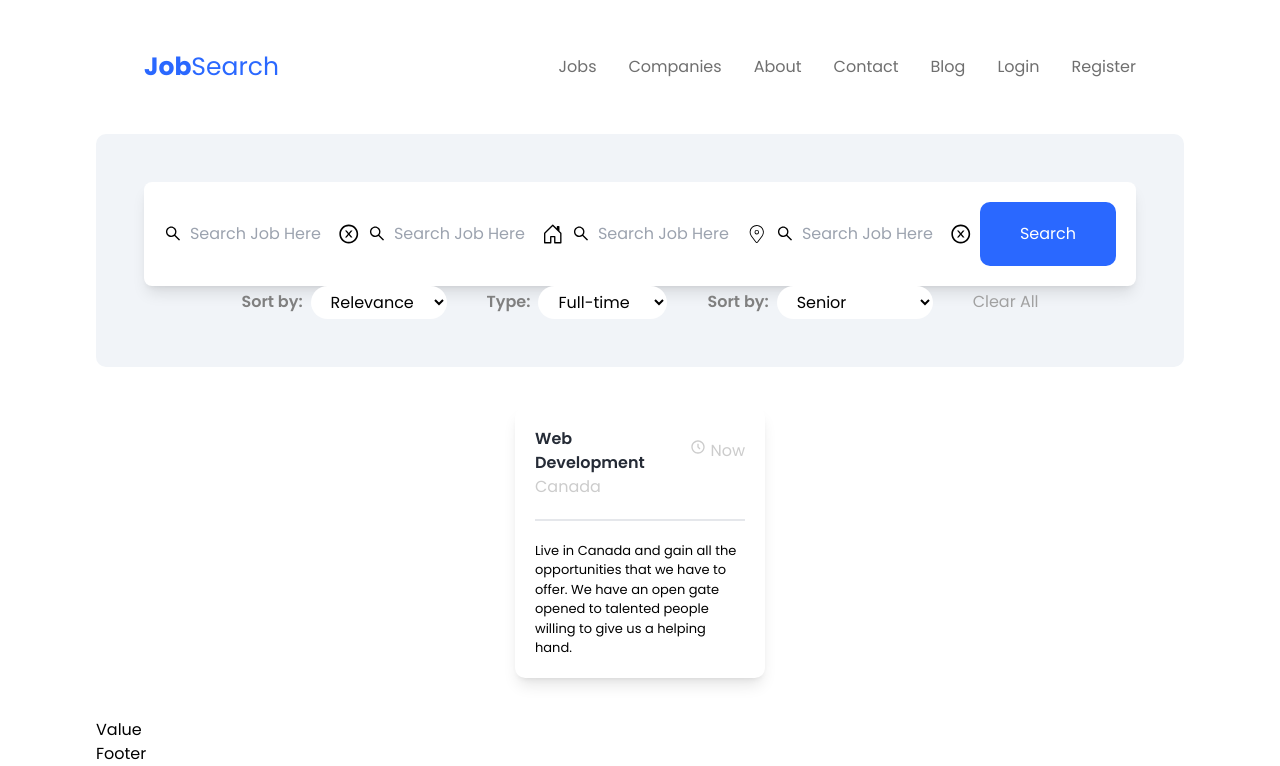
Repository: countaustin1990/Job-Search-website
Page: / (app in vite-project/)
An editor plug-in stored every save of this project. The page is shown before and after the next save, followed by the edit.
The browser window is 1280 px wide. The pictures show the whole page.
The project was rebuilt for these pictures with package versions that can differ from the ones it lists, and the page was loaded fresh each time. Also part of the build but not shown: vite-project/vite.config.js.

Above is the page before, as saved 2023-08-13 13:38:29.

After the next save:
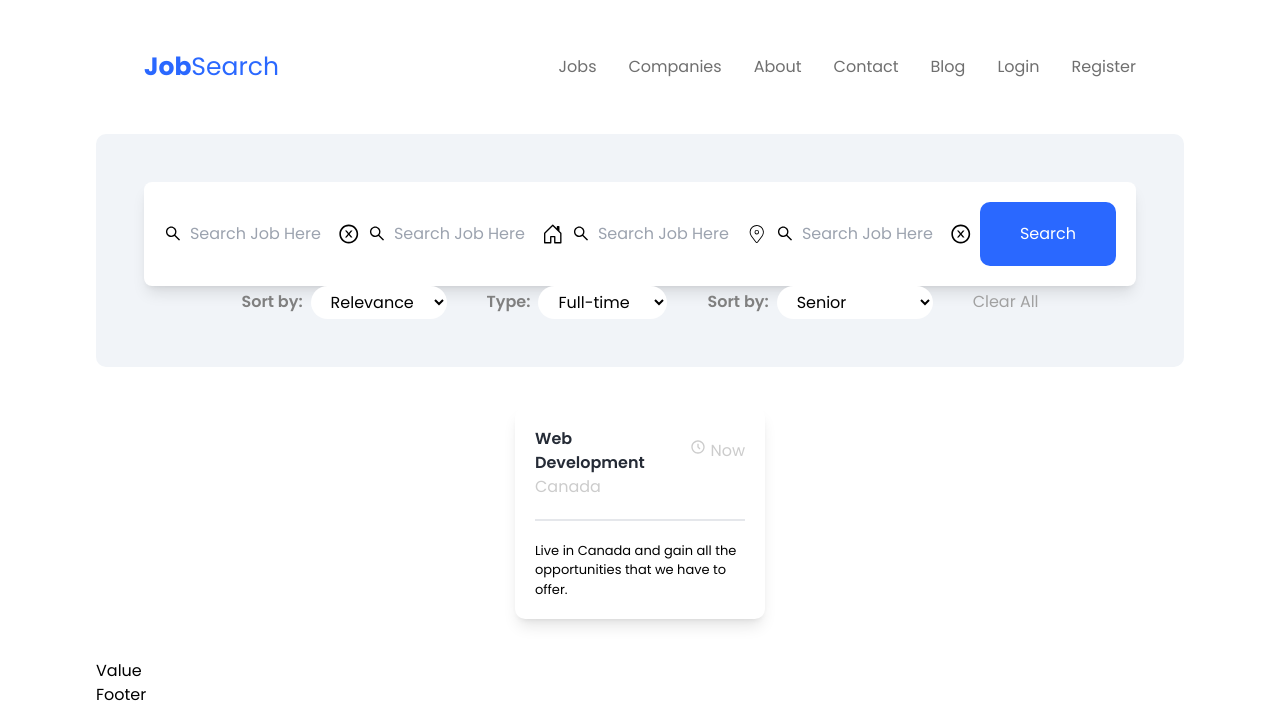
Saved 67 s later.
--- a/vite-project/src/components/Job.jsx
+++ b/vite-project/src/components/Job.jsx
@@ -20,7 +20,7 @@ import { BiTimeFive } from 'react-icons/bi'
                     <h6 className='text-[#ccc]'>Canada</h6>
 
                     <p className='text-[13px] text-[#86765] pt-[20px] border-t-[2px] mt-[20px] group-hover:text-white'>
-                        Live in Canada and gain all the opportunities that we have to offer. We have an open gate opened to talented people willing to give us a helping hand.
+                        Live in Canada and gain all the opportunities that we have to offer.
                     </p>
 
 
